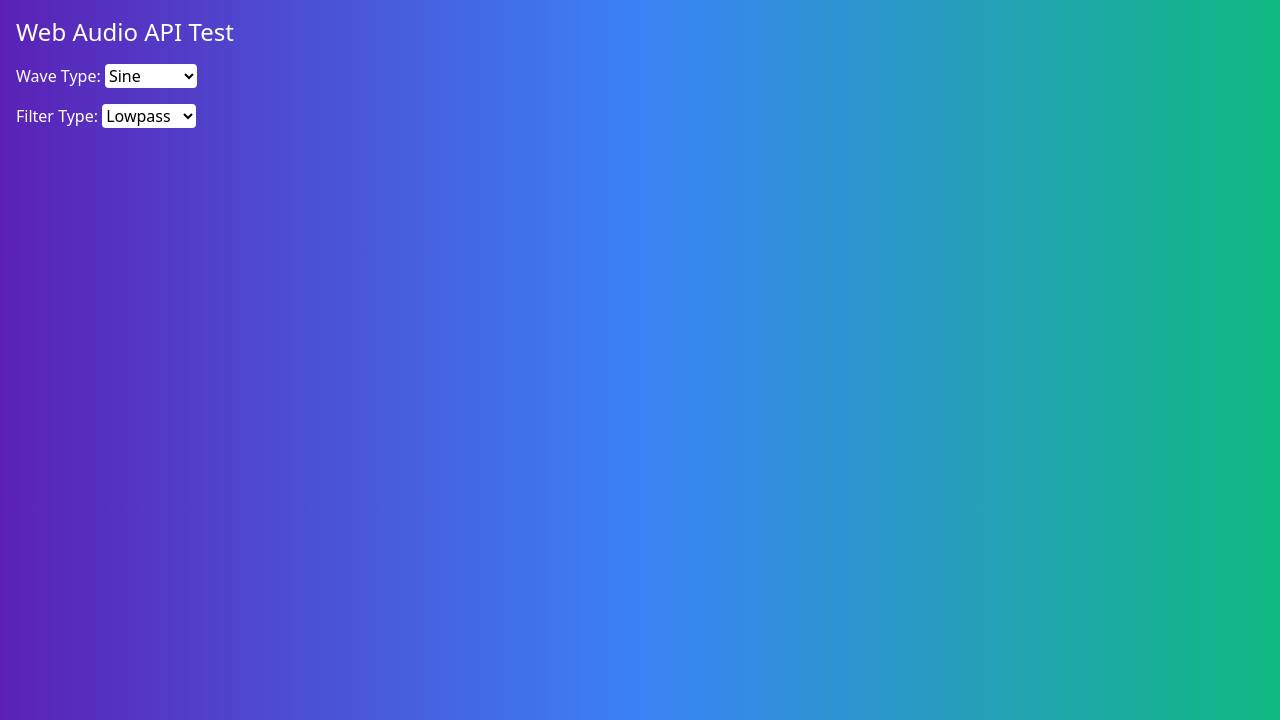
Repository: ibraidab/SONIDOS
Page: index6.html
An editor plug-in stored every save of this project. The page is shown before and after a run of saves, followed by the edit.
The browser window is 1280 px wide. The pictures show the whole page.

Above is the page before, as saved 2023-03-18 16:07:08.

After the next 2 saves:
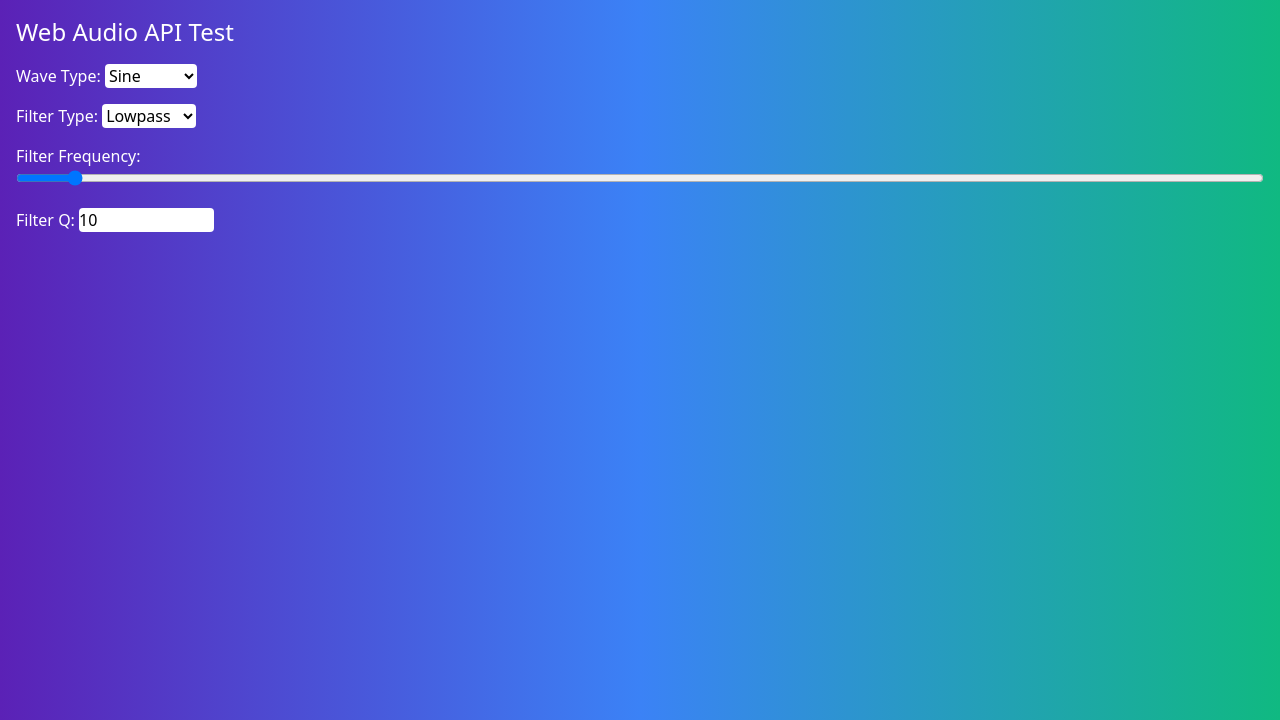
The 2 saves are shown as one change because they came seconds apart.
The last was saved 5 h 13 min later.
--- a/index6.html
+++ b/index6.html
@@ -118,7 +118,7 @@
         function updateFilterFrequency(voice, value) {
             if (voice && voice.filterNode) {
               const frequency = value * 24000; // Rango de 0 a 24000 Hz
-              voice.filterNode.frequency.setValueAtTime(filter, audioContext.currentTime);
+              voice.filterNode.frequency.setValueAtTime(frequency, audioContext.currentTime);
               console.log('filterNode frequency updated:', frequency);
             }
           }
@@ -239,14 +239,14 @@
                     <option value="bandpass">Bandpass</option>
                 </select>
             </div>
-            <!-- <div class="mb-4">
+            <div class="mb-4">
                 <label for="filterFrequency" class="text-white">Filter Frequency:</label>
                 <input type="range" id="filterFrequency" value="1000" min="0" max="24000" step="1" class="w-full">
             </div>
             <div class="mb-4">
                 <label for="filterQ" class="text-white">Filter Q:</label>
                 <input type="number" id="filterQ" value="10" min="0.0001" max="100" step="0.1" class="bg-white rounded">
-            </div> -->
+            </div>
         </div>
     </body>
     </html>
